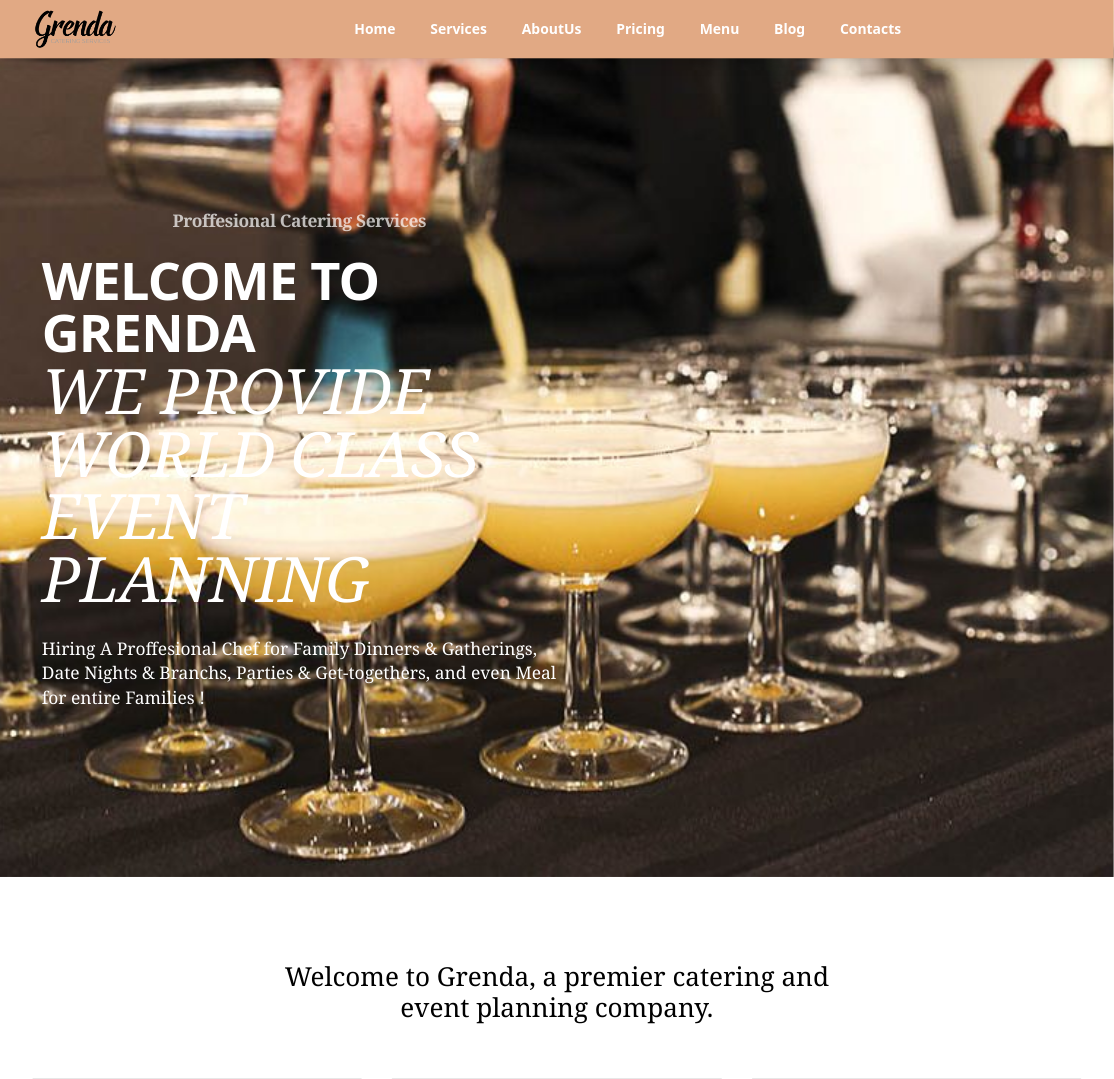
Repository: remydev47/grandes-events
Page: /
These files come from the project's save history. The page is drawn as it stood at one moment and after the next save; the edit follows.
The browser window is 1280 px wide. The pictures show the part of the page from y = 0 to 1240 px (the page is 1556 px tall), at 87% of full size.
Pictures or frames that could not be fetched are drawn as grey boxes. The project was rebuilt for these pictures with package versions that can differ from the ones it lists, and the page was loaded fresh each time. Also part of the build but not shown: vite.config.js.

Above is the page before, as saved 2023-02-08 15:18:58.

After the next save:
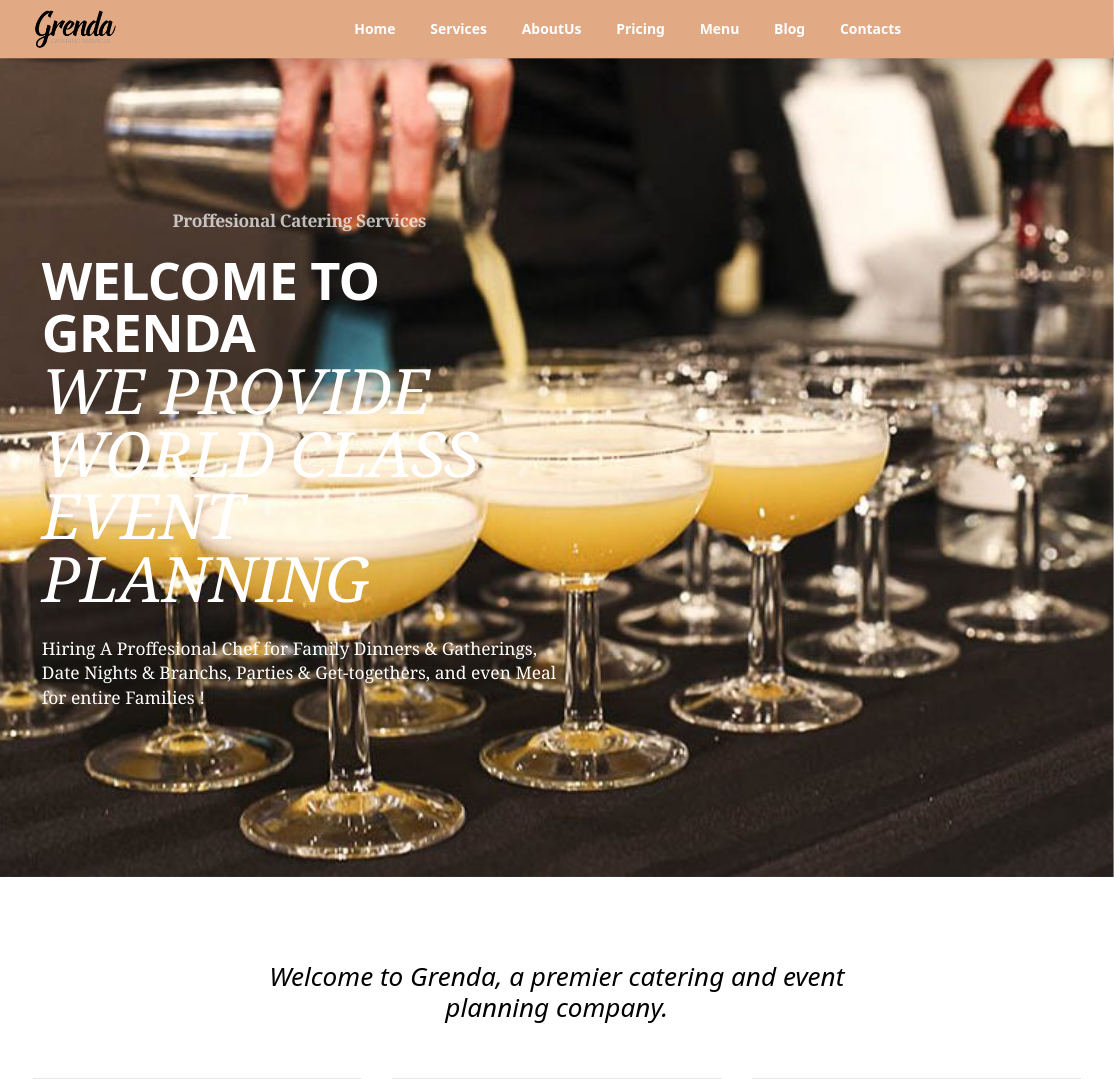
Saved 16 s later.
--- a/src/components/Services.jsx
+++ b/src/components/Services.jsx
@@ -29,7 +29,7 @@ const Services = () => {
     <section className={` sm:py-16 lg:py-24`}>
       <div className="px-4 mx-auto max-w-7xl sm:px-6 lg:px-8">
        <div className="max-w-2xl mx-auto text-center">
-         <h2 className="text-xl font-normal font-serif leading-tight text-black lg:text-3xl">
+         <h2 className="text-xl font-normal italic leading-tight text-black lg:text-3xl">
           Welcome to Grenda, a premier catering and event planning company.
          </h2>
        </div>
